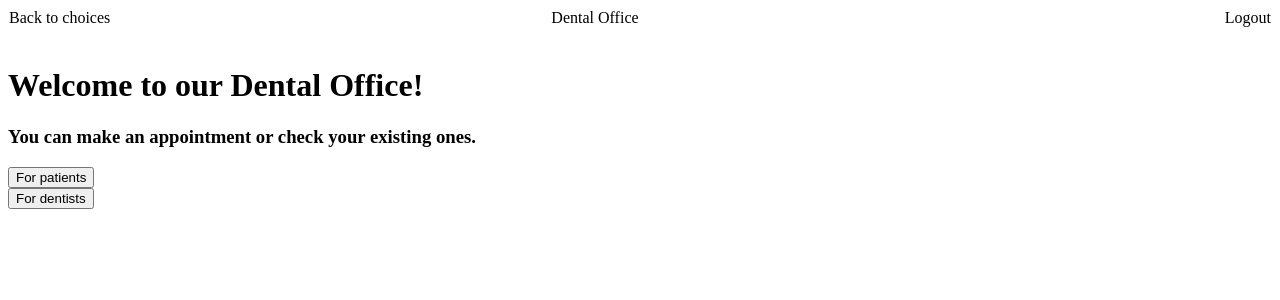
Repository: ThEgIGN/DentalOfficeWebApplication
Page: http://localhost/DentalOfficeWEB/
These files come from the project's save history. The page is drawn as it stood at one moment and after the next save; the edit follows.
The browser window is 1280 px wide. The pictures show the whole page.
The page is served by Tomcat 9. Nobody is signed in. The application's start-up code is not run. Other server files are loaded and not shown.

Above is the page before, as saved 2023-06-16 10:11:43.

### DentalOfficeProject/DentalOfficeWEB/src/main/webapp/index.jsp
<%@ page language="java" contentType="text/html; charset=ISO-8859-1"
	pageEncoding="ISO-8859-1"%>
<!DOCTYPE html>
<html>
<head>
<meta charset="ISO-8859-1">
<title>Dental Office Name</title>
</head>
<body>
	<table
		style="width: 100%; border-collapse: collapse;">
		<tr>
			<td style="text-align: left">Back to choices</td>
			<td>Dental Office</td>
			<td style="text-align: right">Logout</td>
		</tr>
	</table>
	<br>
	<h1>Welcome to our Dental Office!</h1>
	<h3>You can make an appointment or check your existing ones.</h3>
	<form action="/DentalOfficeWEB/patients/createPatient.jsp">
		<button type="submit">For patients</button>
	</form>
	<form action="/DentalOfficeWEB/dentists/loginDentist.jsp">
		<button type="submit">For dentists</button>
	</form>
</body>
</html>

After the next save:
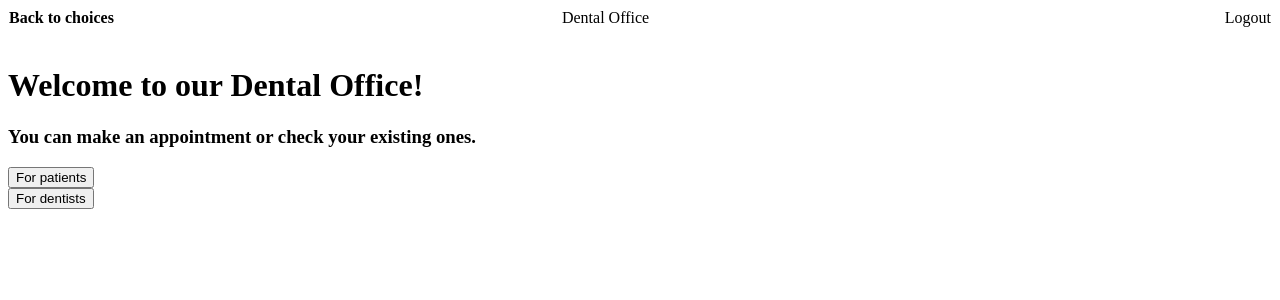
Saved 8 s later.
--- a/DentalOfficeProject/DentalOfficeWEB/src/main/webapp/index.jsp
+++ b/DentalOfficeProject/DentalOfficeWEB/src/main/webapp/index.jsp
@@ -10,7 +10,7 @@
 	<table
 		style="width: 100%; border-collapse: collapse;">
 		<tr>
-			<td style="text-align: left">Back to choices</td>
+			<td style="text-align: left"><b>Back to choices</b></td>
 			<td>Dental Office</td>
 			<td style="text-align: right">Logout</td>
 		</tr>
